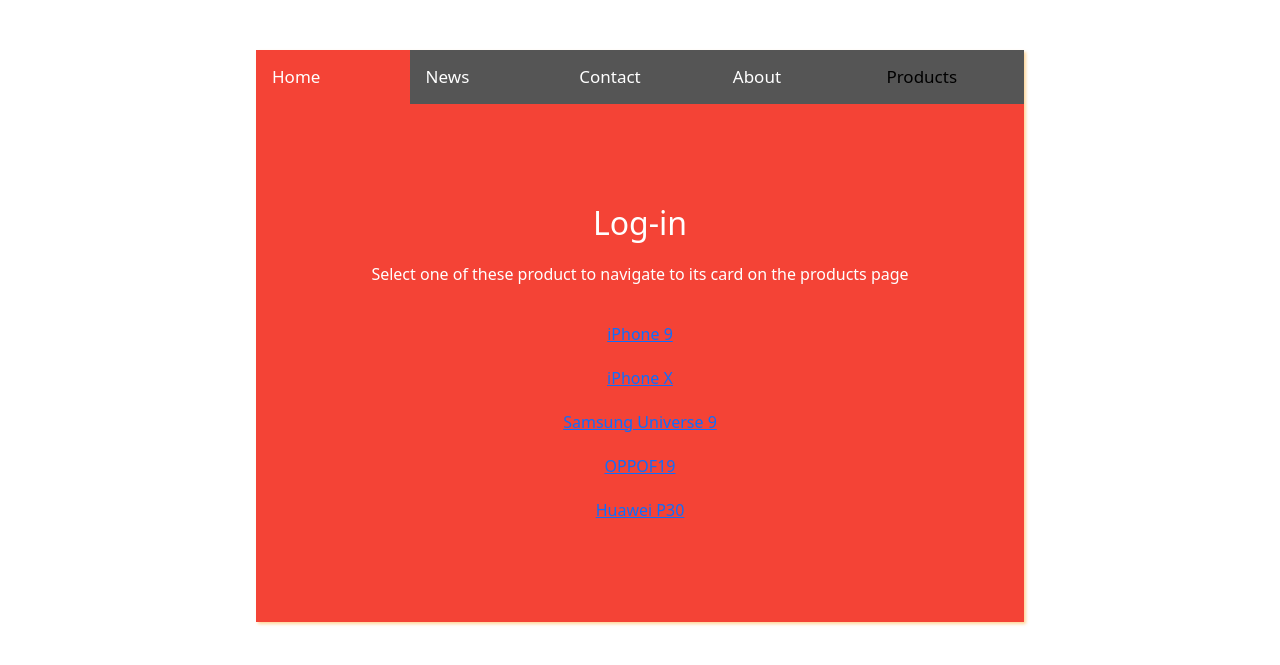
Repository: JasonMorta/basicPlus-rouets
Page: /
An editor plug-in stored every save of this project. The page is shown before and after the next save, followed by the edit.
The browser window is 1280 px wide. The pictures show the whole page.
Some web fonts or font styles are not loaded; a fallback is used. The project was rebuilt for these pictures with package versions that can differ from the ones it lists, and the page was loaded fresh each time. Also part of the build but not shown: src/pages/news.css, src/pages/News.jsx, src/pages/About.jsx, src/pages/Hooks/UseRefHook.jsx, src/pages/Contact.jsx, src/pages/List.jsx, src/pages/ProductPreview.jsx, src/pages/Products.jsx.

Above is the page before, as saved 2023-04-01 18:45:02.

### src/index.js
import React from 'react';
import ReactDOM from 'react-dom/client';
import './index.css';
import 'bootstrap/dist/css/bootstrap.min.css';
import App from './App';

// import { BrowserRouter } from 'react-router-dom'
import reportWebVitals from './reportWebVitals';

const root = ReactDOM.createRoot(document.getElementById('root'));
root.render(

  <React.StrictMode>
    <App />
  </React.StrictMode>

);

// If you want to start measuring performance in your app, pass a function
// to log results (for example: reportWebVitals(console.log))
// or send to an analytics endpoint. Learn more: https://bit.ly/CRA-vitals
reportWebVitals();

### src/App.jsx

import './App.css';
import { BrowserRouter, Routes, Route } from 'react-router-dom';
import React, { Component, createContext, useState } from 'react'
import Nav from './components/Nav';
import Home from './pages/Home';
import News from './pages/News';
import About from './pages/About';
import Contact from './pages/Contact';
import List from './pages/List';
import Products from './pages/Products';
import ProductPreview from './pages/ProductPreview';

//create context hook
//This hook allow any nested children to share and alter data with the use of props.
export const StateContext = createContext()

export default function App() {

  const [state, setState] = useState("#f44336");

  return (
    <BrowserRouter>
      <StateContext.Provider value={[state, setState]} className="App">
        <div className="routes">
          <Nav />
          <Routes>
            <Route index path="/" element={<Home />} />
            <Route path="/List" element={<List />} />
            <Route path="/Contact" element={<Contact />} />
            <Route path="/About" element={<About />} />
            <Route path="/products" element={<Products />}>
            <Route path=":id" element={<ProductPreview />}/>
            </Route>
            <Route path="/news" element={<News />} />
          </Routes>
        </div>
        <div className="orig-link"></div>
      </StateContext.Provider>
    </BrowserRouter>
  );
}

### src/App.css
@import url('https://fonts.googleapis.com/css2?family=Assistant:wght@400;500&family=Barlow:wght@400;500&family=DM+Mono:wght@300;400;500&family=Handlee&family=IBM+Plex+Mono:wght@400;500&family=Inconsolata:wght@400;500&family=Kanit:wght@200;300;400;500&family=Karla:wght@300;400;500&family=Patrick+Hand&family=Raleway:wght@300;400;500&family=Red+Hat+Mono:wght@300;400;500&family=Roboto+Condensed:wght@300;400;700&family=Roboto+Mono:wght@300;400;500&family=Roboto+Slab:wght@300;400;500&family=Roboto:wght@300;400&family=Source+Code+Pro:wght@300;400;500&family=Space+Mono:wght@400;700&family=Titillium+Web:wght@200;300;400;600&family=Ubuntu+Mono:wght@400;700&family=Varela&family=Varela+Round&display=swap');

/*
Custom Fonts
========
font-family: 'Assistant', sans-serif;
font-family: 'Barlow', sans-serif;
font-family: 'DM Mono', monospace;
font-family: 'Handlee', cursive;
font-family: 'IBM Plex Mono', monospace;
font-family: 'Inconsolata', monospace;
font-family: 'Kanit', sans-serif;
font-family: 'Karla', sans-serif;
font-family: 'Patrick Hand', cursive;
font-family: 'Raleway', sans-serif;
font-family: 'Red Hat Mono', monospace;
font-family: 'Roboto', sans-serif;
font-family: 'Roboto Condensed', sans-serif;
font-family: 'Roboto Mono', monospace;
font-family: 'Roboto Slab', serif;
font-family: 'Source Code Pro', monospace;
font-family: 'Space Mono', monospace;
font-family: 'Titillium Web', sans-serif;
font-family: 'Ubuntu Mono', monospace;
font-family: 'Varela', sans-serif;
font-family: 'Varela Round', sans-serif;

*/

.App {
  text-align: center;
  background-color: #282c34;
  min-height: 100vh;
  display: flex;
  flex-direction: column;
  flex-wrap: nowrap;
  align-items: center;
  font-family: 'Roboto Condensed', sans-serif;

}

.orig-link a {
  text-decoration: none;
  color: #ff9800;
}
.orig-link {
  margin: 1.25rem;
}


.App-header {
  background-color: #282c34;
  min-width: 18.75rem;
  display: flex;

  flex-direction: row;
  justify-content: center;
  font-size: calc(0.625rem + 2vmin);
  color: white;
  align-items: flex-start;
  width: 100%;
}


/* Style tab links */
.tablink {
  background-color: #555;
  color: #ffc107;
  float: left;
  border: none;
  outline: none;
  cursor: pointer;
  padding: 0.875rem 1rem;
  font-size: 1.0625rem;
  width: 25%;
  text-decoration: none;
}

.tablink:hover {
  background-color: #777;
}

/* Style the tab content (and add height:100% for full page content) */
.tabcontent {
  color: white;
  padding: 6.25rem 0rem;
  width: 100%;
  height: 100%;
  min-width: 18.75rem;

}

.inner-content {
  padding: 0rem 3.125rem;
  display: flex;
  flex-direction: column;
  align-items: center;
  gap: 20px;
}

.inner-content h3{
  font-size: xx-large;
  margin: 0;
}

.routes{
  display: flex;
  flex-direction: column;
  align-items: center;
  width: 60vw;
  margin: auto;
  background-color: azure;
  margin-top: 3.125rem;
  box-shadow: 0.125rem 0.125rem 0.1875rem 0rem #ff980066;
}

### src/components/Nav.jsx
import React from "react";
import { Link, useLocation } from "react-router-dom";

export default function Nav() {
  const location = useLocation();
  console.log('NAV location', location)


   //set the default state color to red which is equal to home page color.
  const [state, setState] = React.useState({
    home: "#f44336",
    news: "#4caf50",
    contact: "#2196f3",
    about: "#ff5722",
    active: "",
    location : window.location.pathname
  });
  const [color, setColor] = React.useState("white")


   function handleNavToNews(params) {

    setState(prev => ({...prev, active:"#4caf50", location: "/News" }))
    location.pathname = "/News"
    console.log('currentPath = Path"', location.pathname)



  }

 // Set the tab color to even when a nested link pathname is entered
  return (
    <header className="App-header">
      {/* Home will be the default/home page */}
      <Link
        to="/"
        className="tablink"
        onClick={() => setState(prev => ({...prev, active:"#f44336", location: "/" }))}
        style={{
          backgroundColor: state.location === "/" ? "#f44336" : "",
          color: state.home === "#f44336" ? color: "#ffc107"}}>
        Home
      </Link>

      <Link
        to="/News"
        className="tablink"
        onClick={handleNavToNews}
        style={{
          backgroundColor: state.location === "/News" ? "#4caf50" : "",
          color: state.news === "#4caf50" ? color: "#ffc107" }}>
        News
      </Link>

      <Link
        to="/Contact"
        className="tablink"
        onClick={() => setState(prev => ({...prev, active:"#2196f3", location: "/Contact" }))}
        style={{
          backgroundColor: state.location === "/Contact" ? "#2196f3" : "",
          color: state.contact === "#2196f3" ? color: "#ffc107" }}>
        Contact
      </Link>

      <Link
        to="/About"
        className="tablink"
        onClick={() => setState(prev => ({...prev, active:"#ff5722", location: "/About" }))}
        style={{
          backgroundColor: state.location === "/About" ? "#ff5722": "",
          color: state.about === "#ff5722" ? color: "#ffc107" }}>
        About
      </Link>

      <Link
        to="/products"
        className="tablink"
        onClick={() => setState(prev => ({...prev, active:"#FFE082", location: "/products" }))}
        style={{
          backgroundColor: state.location === "/products" ? "#FFE082": "",
          color: state.about === "#FFE082" ? color: "black" }}>
        Products
      </Link>
    </header>
  );
}

### src/pages/Home.jsx
import React from "react";
import { Link } from "react-router-dom";
import { useNavigate } from "react-router-dom";
import {products} from "../AllProducts"

export default function Home() {
const nav = useNavigate()




  return (
    <div style={{ backgroundColor: "#f44336" }}  className="tabcontent">
      <div className="inner-content">
         <h3>Log-in</h3>
         <p>Select one of these product to navigate to its card on the products page</p>
         {products.map((item, i)=>(
          <Link key={i} to={{ pathname: '/products', state: { pro: item }}}>{item.title}</Link>
         ))}
      </div>
    </div>
  );
}

### src/AllProducts.js
export const products = [
    {
        "id": 1,
        "title": "iPhone 9",
        "description": "An apple mobile which is nothing like apple",
        "price": 549,
        "discountPercentage": 12.96,
        "rating": 4.69,
        "stock": 94,
        "brand": "Apple",
        "category": "smartphones",
        "thumbnail": "https://i.dummyjson.com/data/products/1/thumbnail.jpg",
        "images": [
            "https://i.dummyjson.com/data/products/1/1.jpg",
            "https://i.dummyjson.com/data/products/1/2.jpg",
            "https://i.dummyjson.com/data/products/1/3.jpg",
            "https://i.dummyjson.com/data/products/1/4.jpg",
            "https://i.dummyjson.com/data/products/1/thumbnail.jpg"
        ]
    },
    {
        "id": 2,
        "title": "iPhone X",
        "description": "SIM-Free, Model A19211 6.5-inch Super Retina HD display with OLED technology A12 Bionic chip with ...",
        "price": 899,
        "discountPercentage": 17.94,
        "rating": 4.44,
        "stock": 34,
        "brand": "Apple",
        "category": "smartphones",
        "thumbnail": "https://i.dummyjson.com/data/products/2/thumbnail.jpg",
        "images": [
            "https://i.dummyjson.com/data/products/2/1.jpg",
            "https://i.dummyjson.com/data/products/2/2.jpg",
            "https://i.dummyjson.com/data/products/2/3.jpg",
            "https://i.dummyjson.com/data/products/2/thumbnail.jpg"
        ]
    },
    {
        "id": 3,
        "title": "Samsung Universe 9",
        "description": "Samsung's new variant which goes beyond Galaxy to the Universe",
        "price": 1249,
        "discountPercentage": 15.46,
        "rating": 4.09,
        "stock": 36,
        "brand": "Samsung",
        "category": "smartphones",
        "thumbnail": "https://i.dummyjson.com/data/products/3/thumbnail.jpg",
        "images": [
            "https://i.dummyjson.com/data/products/3/1.jpg"
        ]
    },
    {
        "id": 4,
        "title": "OPPOF19",
        "description": "OPPO F19 is officially announced on April 2021.",
        "price": 280,
        "discountPercentage": 17.91,
        "rating": 4.3,
        "stock": 123,
        "brand": "OPPO",
        "category": "smartphones",
        "thumbnail": "https://i.dummyjson.com/data/products/4/thumbnail.jpg",
        "images": [
            "https://i.dummyjson.com/data/products/4/1.jpg",
            "https://i.dummyjson.com/data/products/4/2.jpg",
            "https://i.dummyjson.com/data/products/4/3.jpg",
            "https://i.dummyjson.com/data/products/4/4.jpg",
            "https://i.dummyjson.com/data/products/4/thumbnail.jpg"
        ]
    },
    {
        "id": 5,
        "title": "Huawei P30",
        "description": "Huawei’s re-badged P30 Pro New Edition was officially unveiled yesterday in Germany and now the device has made its way to the UK.",
        "price": 499,
        "discountPercentage": 10.58,
        "rating": 4.09,
        "stock": 32,
        "brand": "Huawei",
        "category": "smartphones",
        "thumbnail": "https://i.dummyjson.com/data/products/5/thumbnail.jpg",
        "images": [
            "https://i.dummyjson.com/data/products/5/1.jpg",
            "https://i.dummyjson.com/data/products/5/2.jpg",
            "https://i.dummyjson.com/data/products/5/3.jpg"
        ]
    }
  ]

Loaded but not shown: public/index.html (common file); src/index.css (common file); src/reportWebVitals.js (common file)

After the next save:
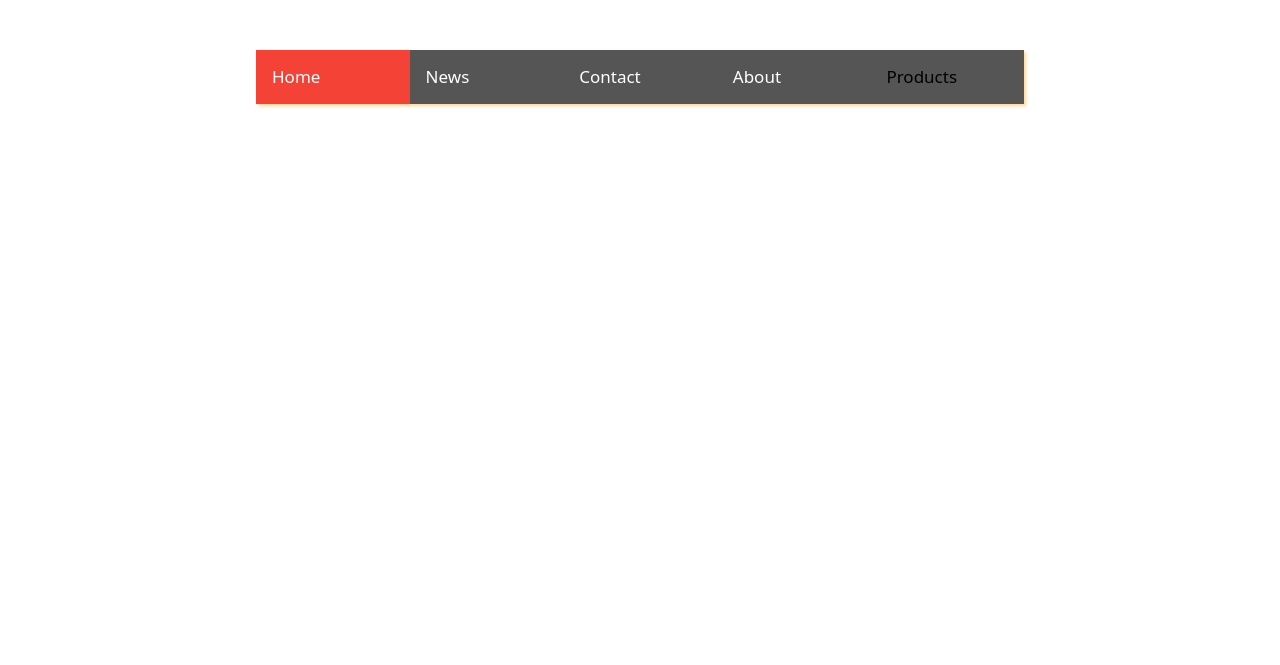
Saved 5 min 2 s later.
--- a/src/App.jsx
+++ b/src/App.jsx
@@ -25,14 +25,14 @@
         <div className="routes">
           <Nav />
           <Routes>
-            <Route index path="/" element={<Home />} />
-            <Route path="/List" element={<List />} />
-            <Route path="/Contact" element={<Contact />} />
-            <Route path="/About" element={<About />} />
-            <Route path="/products" element={<Products />}>
-            <Route path=":id" element={<ProductPreview />}/>
+            <Route exact path="/" component={<Home />} />
+            <Route path="/List" component={<List />} />
+            <Route path="/Contact" component={<Contact />} />
+            <Route path="/About" component={<About />} />
+            <Route path="/products" component={<Products />}>
+            <Route path=":id" component={<ProductPreview />}/>
             </Route>
-            <Route path="/news" element={<News />} />
+            <Route path="/news" component={<News />} />
           </Routes>
         </div>
         <div className="orig-link"></div>
